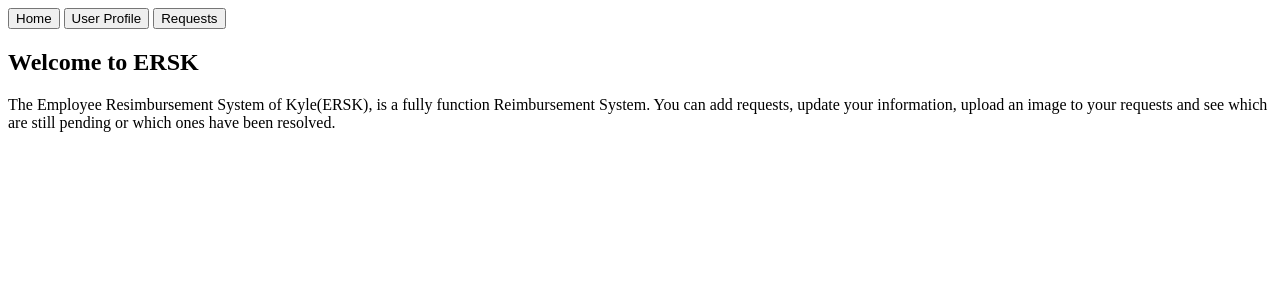
Repository: 1807-mehrab/project-1-KyleAButterfield
Page: ERSK/ERSK/src/main/webapp/EmployeeHomePage.html
These files come from the project's save history. The page is drawn as it stood at one moment and after the next save; the edit follows.
The browser window is 1280 px wide. The pictures show the whole page.

Above is the page before, as saved 2018-07-29 14:41:09.

After the next save:
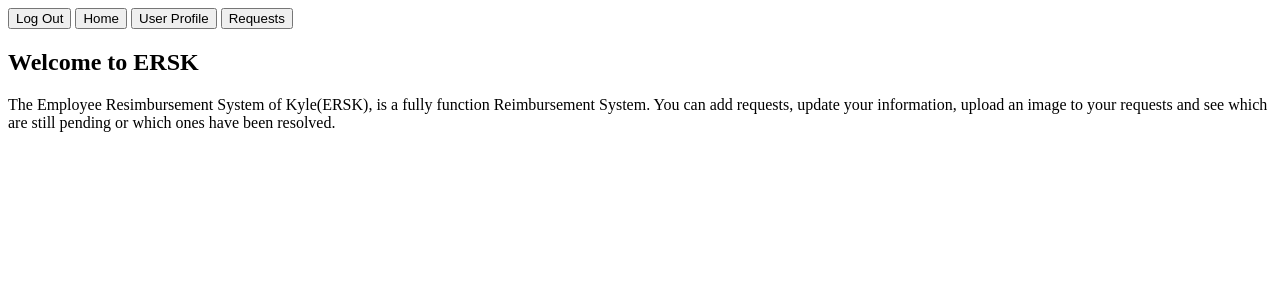
Saved 19 min 8 s later.
--- a/ERSK/ERSK/src/main/webapp/EmployeeHomePage.html
+++ b/ERSK/ERSK/src/main/webapp/EmployeeHomePage.html
@@ -4,6 +4,7 @@
 <meta charset="ISO-8859-1">
 <title>ERSK-Home Page</title>
 	<div id="dashboard">
+	<input type="button" onClick="LogOut()" value="Log Out">
 	<input type="button" onClick="HomePage()" value="Home">
 	 <input type="button" onClick ="GetInfo()" value="User Profile">
 	<input type="button" onClick="LoadUsersRequests()" value="Requests">
